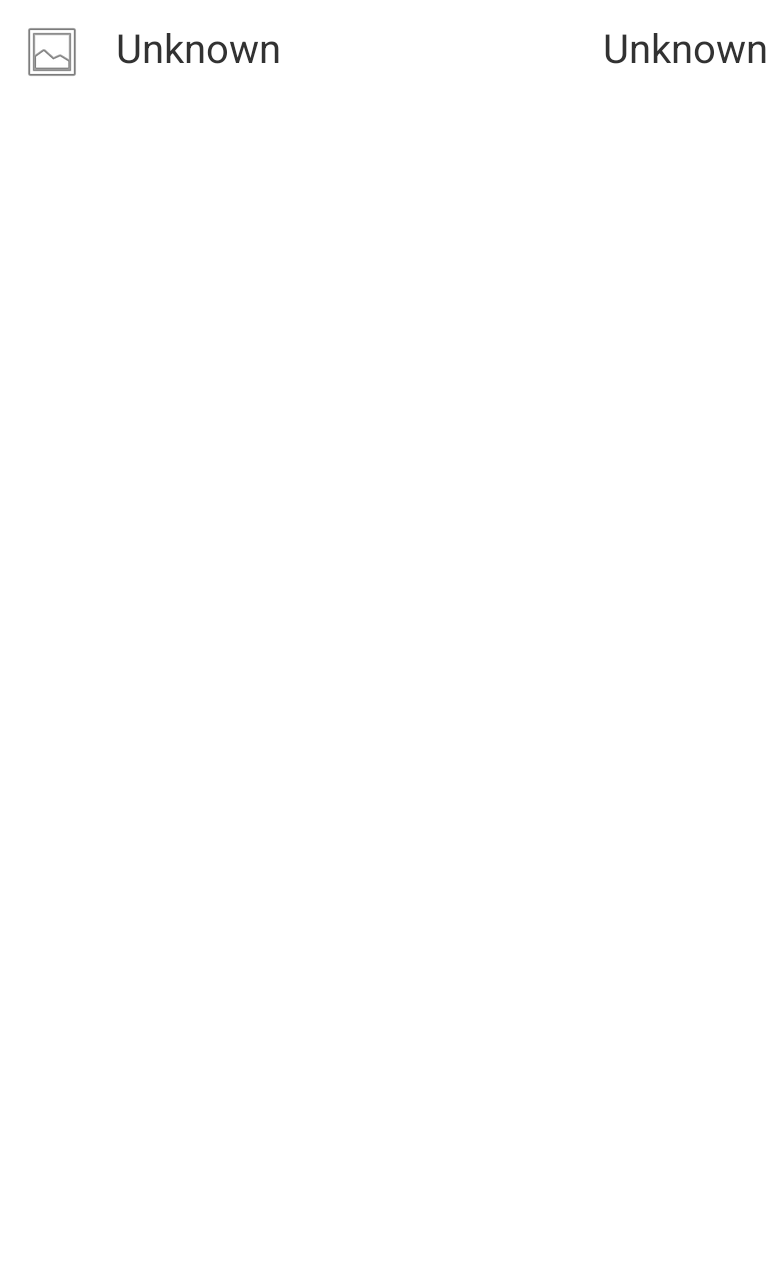
Repository: finerrecliner/SmartVent
Layout: SmartVent/res/layout/quick_room.xml
These files come from the project's save history. The layout is drawn as it stood at one moment and after the next save; the edit follows.
It is drawn on a 768 x 1280 px phone screen (xhdpi) without system bars, with theme AppTheme; the app's code is not run.

Above is the layout before, as saved 2013-11-03 01:29:36.

### SmartVent/res/layout/quick_room.xml
<LinearLayout xmlns:android="http://schemas.android.com/apk/res/android"
    xmlns:tools="http://schemas.android.com/tools"
    android:id="@+id/quick_room"
    android:layout_width="wrap_content"
    android:layout_height="match_parent"
    android:gravity="fill_horizontal"
    android:orientation="horizontal"
    android:paddingBottom="10dp"
    android:paddingTop="10dp"
    tools:context=".MainActivity" >

    <ImageView
        android:id="@+id/icon"
        android:layout_width="wrap_content"
        android:layout_height="wrap_content"
        android:layout_marginRight="6dip"
        android:contentDescription="@string/unknown"
        android:paddingLeft="10dp"
        android:paddingRight="10dp"
        android:src="@android:drawable/ic_menu_gallery" />

    <TextView
        android:id="@+id/quick_room_name"
        android:layout_width="wrap_content"
        android:layout_height="wrap_content"
        android:text="@string/unknown"
        android:textSize="20sp" />

    <TextView
        android:id="@+id/quick_current_temp"
        android:layout_width="0dp"
        android:layout_height="wrap_content"
        android:layout_weight="1"
        android:gravity="right"
        android:text="@string/unknown"
        android:textSize="20sp" />

</LinearLayout>

### SmartVent/res/values/strings.xml
<?xml version="1.0" encoding="utf-8"?>
<resources>

    <string name="app_name">SmartVent</string>
    <string name="hello_world">Hello world!</string>
    <string name="menu_settings">Settings</string>
    <string name="current_temp">Current Temp:</string>
    <string name="room_label">Room:</string>
    <string name="set_temperature">Set Temperature:</string>
    <string name="unknown">Unknown</string>
    <string name="up">Up</string>
    <string name="down">Down</string>

</resources>

Loaded but not shown: SmartVent/res/values/styles.xml (common file); SmartVent/res/values-v11/styles.xml (common file); SmartVent/res/values-v14/styles.xml (common file)

After the next save:
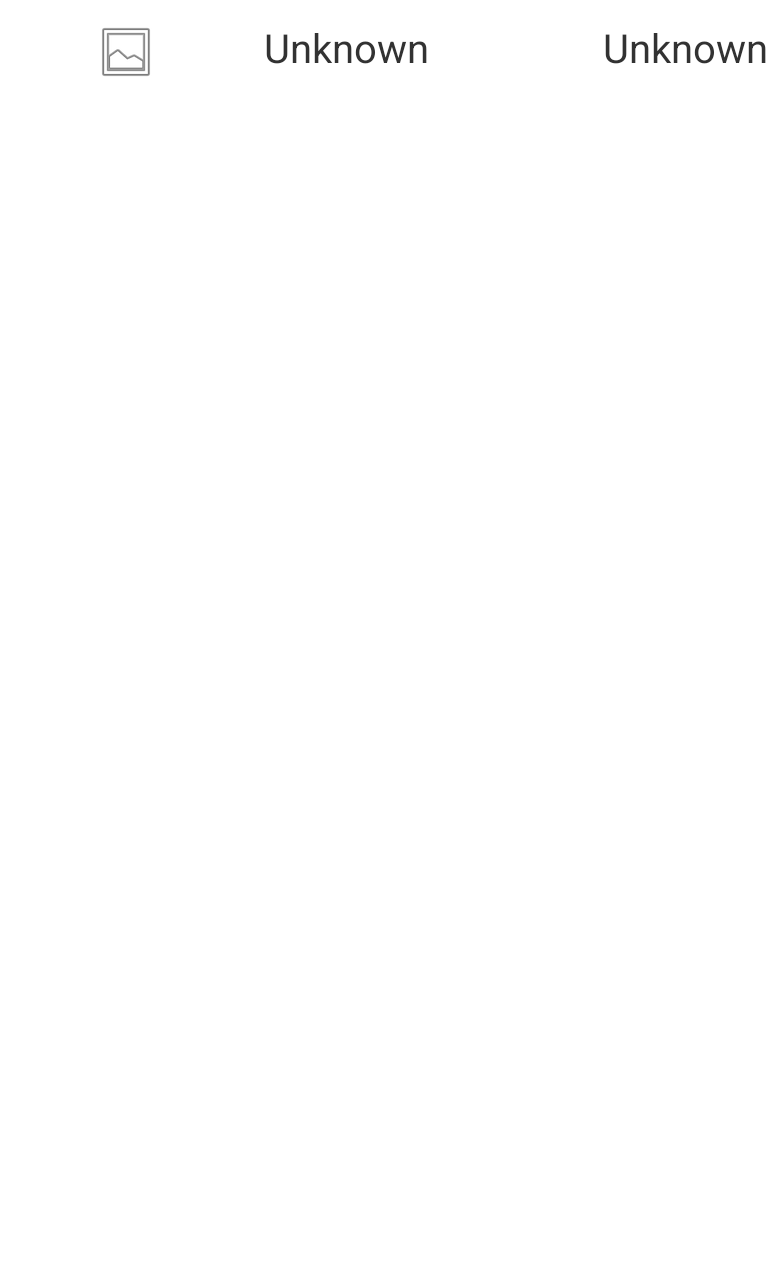
Saved 18 s later.
--- a/SmartVent/res/layout/quick_room.xml
+++ b/SmartVent/res/layout/quick_room.xml
@@ -11,9 +11,10 @@
 
     <ImageView
         android:id="@+id/icon"
-        android:layout_width="wrap_content"
+        android:layout_width="0dp"
         android:layout_height="wrap_content"
         android:layout_marginRight="6dip"
+        android:layout_weight="1"
         android:contentDescription="@string/unknown"
         android:paddingLeft="10dp"
         android:paddingRight="10dp"
@@ -21,8 +22,9 @@
 
     <TextView
         android:id="@+id/quick_room_name"
-        android:layout_width="wrap_content"
+        android:layout_width="0dp"
         android:layout_height="wrap_content"
+        android:layout_weight="1"
         android:text="@string/unknown"
         android:textSize="20sp" />
 

After the save that followed:
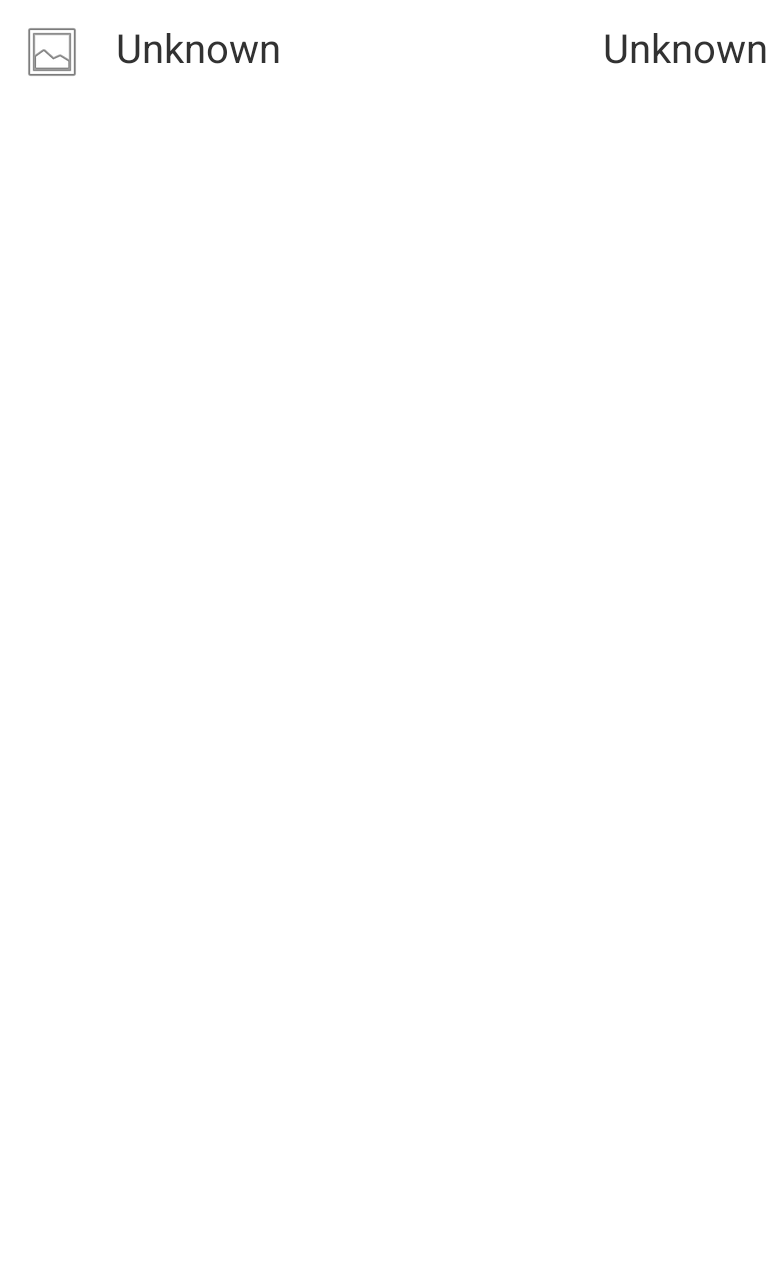
Saved 9 s later.
--- a/SmartVent/res/layout/quick_room.xml
+++ b/SmartVent/res/layout/quick_room.xml
@@ -11,30 +11,27 @@
 
     <ImageView
         android:id="@+id/icon"
-        android:layout_width="0dp"
+        android:layout_width="wrap_content"
         android:layout_height="wrap_content"
         android:layout_marginRight="6dip"
-        android:layout_weight="1"
         android:contentDescription="@string/unknown"
         android:paddingLeft="10dp"
         android:paddingRight="10dp"
         android:src="@android:drawable/ic_menu_gallery" />
 
-    <TextView
-        android:id="@+id/quick_room_name"
-        android:layout_width="0dp"
-        android:layout_height="wrap_content"
-        android:layout_weight="1"
-        android:text="@string/unknown"
-        android:textSize="20sp" />
+	<TextView
+	    android:id="@+id/quick_room_name"
+	    android:layout_width="wrap_content"
+	    android:layout_height="wrap_content"
+	    android:text="@string/unknown"
+	    android:textSize="20sp" />
 
-    <TextView
-        android:id="@+id/quick_current_temp"
-        android:layout_width="0dp"
-        android:layout_height="wrap_content"
-        android:layout_weight="1"
-        android:gravity="right"
-        android:text="@string/unknown"
-        android:textSize="20sp" />
+	<TextView
+	    android:id="@+id/quick_current_temp"
+	    android:layout_width="fill_parent"
+	    android:layout_height="wrap_content"
+	    android:gravity="right"
+	    android:text="@string/unknown"
+	    android:textSize="20sp" />
 
 </LinearLayout>
